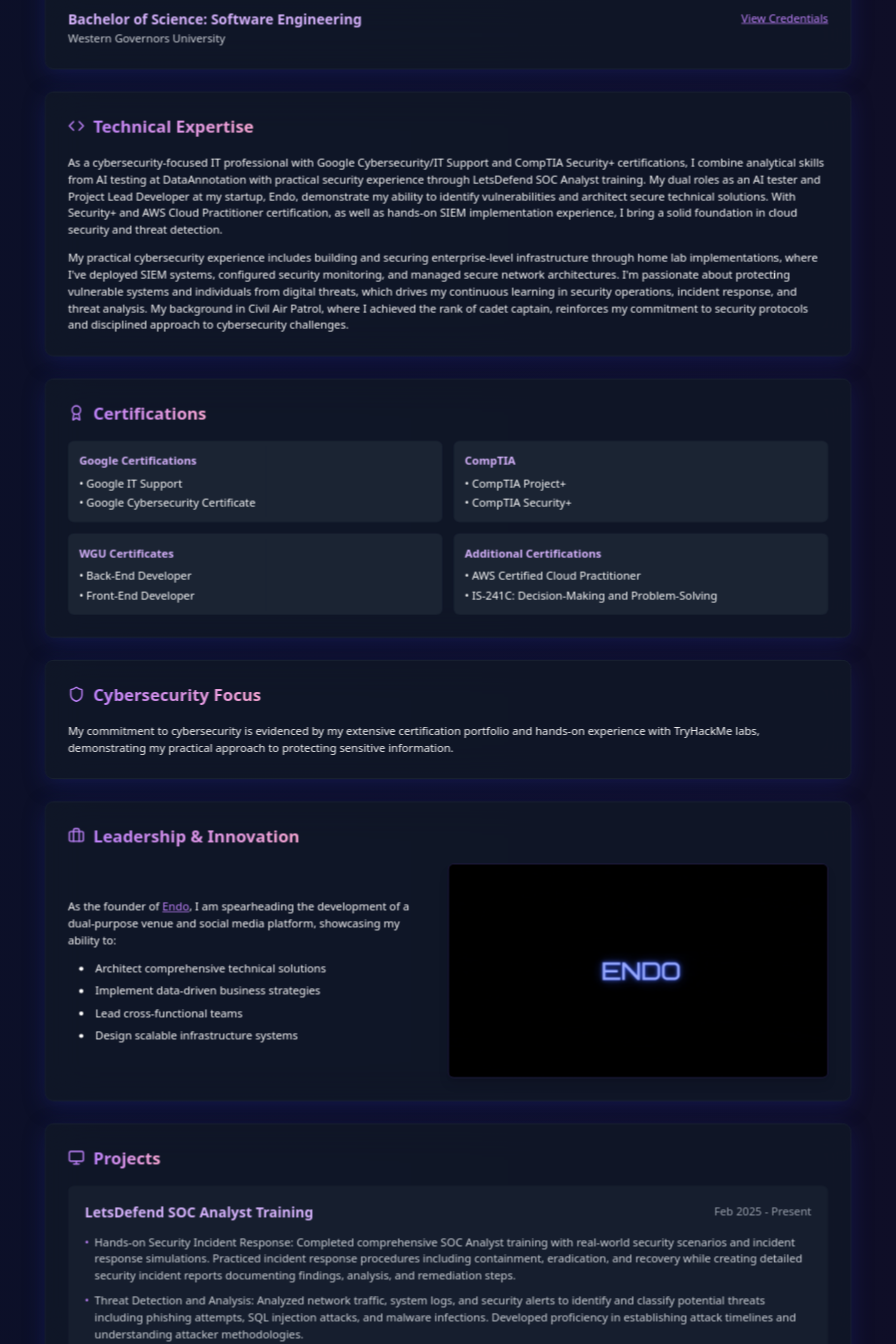
Repository: ajwint-cs/SWE-Cover-Letter
Page: /
An editor plug-in stored every save of this project. The page is shown before and after the next save, followed by the edit.
The browser window is 1280 px wide. The pictures show the part of the page from y = 397 to 2317 px (the page is 3596 px tall before and 3620 px after), at 70% of full size.
The project was rebuilt for these pictures with package versions that can differ from the ones it lists, and the page was loaded fresh each time. Also part of the build but not shown: vite.config.ts.

Above is the page before, as saved 2025-05-06 18:54:17.

After the next save:
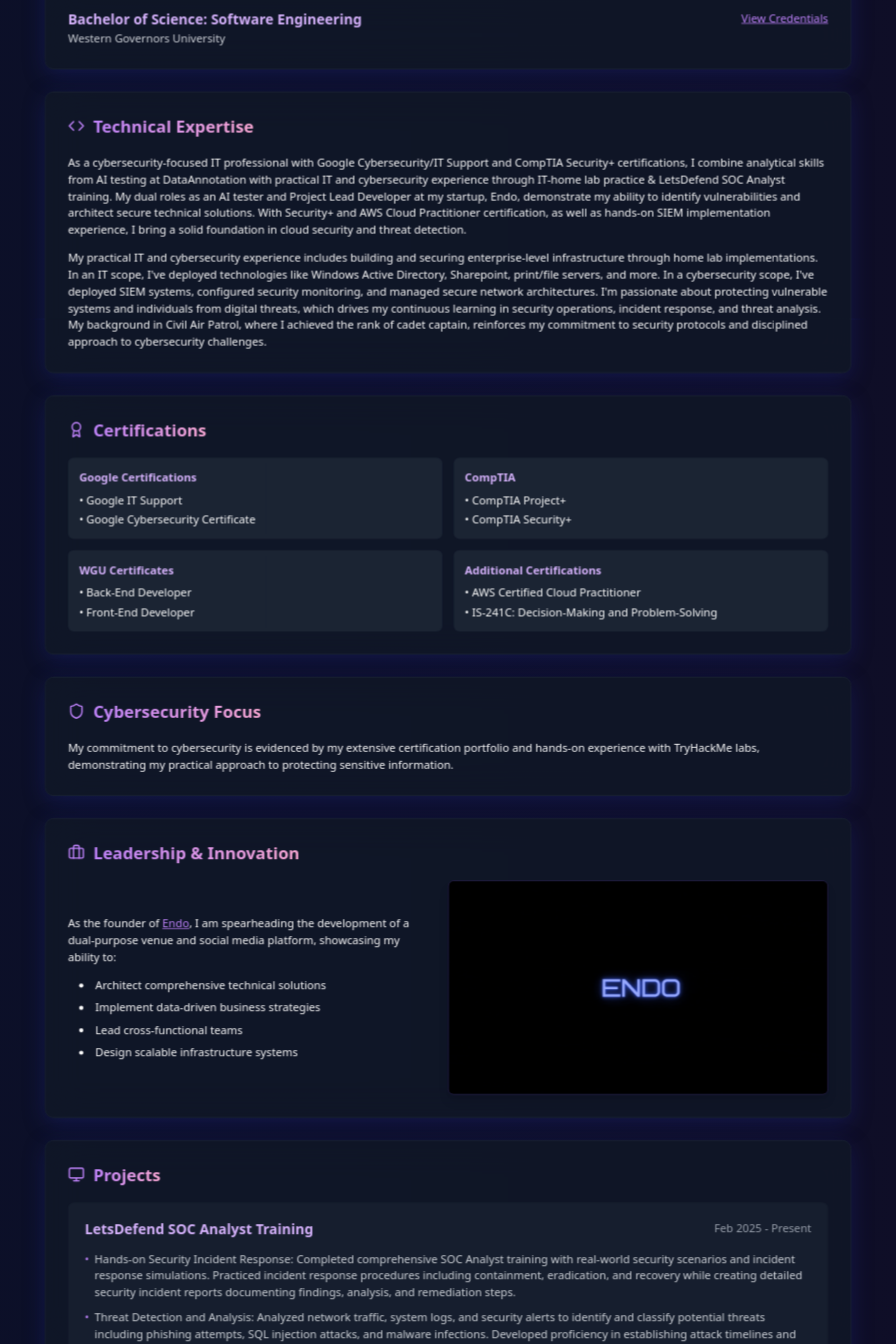
Saved 5 min 18 s later.
--- a/src/App.tsx
+++ b/src/App.tsx
@@ -107,26 +107,28 @@
               As a cybersecurity-focused IT professional with Google
               Cybersecurity/IT Support and CompTIA Security+ certifications, I
               combine analytical skills from AI testing at DataAnnotation with
-              practical security experience through LetsDefend SOC Analyst
-              training. My dual roles as an AI tester and Project Lead Developer
-              at my startup, Endo, demonstrate my ability to identify
-              vulnerabilities and architect secure technical solutions. With
-              Security+ and AWS Cloud Practitioner certification, as well as
-              hands-on SIEM implementation experience, I bring a solid
-              foundation in cloud security and threat detection.{" "}
+              practical IT and cybersecurity experience through IT-home lab
+              practice & LetsDefend SOC Analyst training. My dual roles as an AI
+              tester and Project Lead Developer at my startup, Endo, demonstrate
+              my ability to identify vulnerabilities and architect secure
+              technical solutions. With Security+ and AWS Cloud Practitioner
+              certification, as well as hands-on SIEM implementation experience,
+              I bring a solid foundation in cloud security and threat detection.{" "}
             </p>{" "}
             <p>
               {" "}
-              My practical cybersecurity experience includes building and
+              My practical IT and cybersecurity experience includes building and
               securing enterprise-level infrastructure through home lab
-              implementations, where I've deployed SIEM systems, configured
-              security monitoring, and managed secure network architectures. I'm
-              passionate about protecting vulnerable systems and individuals
-              from digital threats, which drives my continuous learning in
-              security operations, incident response, and threat analysis. My
-              background in Civil Air Patrol, where I achieved the rank of cadet
-              captain, reinforces my commitment to security protocols and
-              disciplined approach to cybersecurity challenges.{" "}
+              implementations. In an IT scope, I've deployed technologies like
+              Windows Active Directory, Sharepoint, print/file servers, and
+              more. In a cybersecurity scope, I've deployed SIEM systems,
+              configured security monitoring, and managed secure network
+              architectures. I'm passionate about protecting vulnerable systems
+              and individuals from digital threats, which drives my continuous
+              learning in security operations, incident response, and threat
+              analysis. My background in Civil Air Patrol, where I achieved the
+              rank of cadet captain, reinforces my commitment to security
+              protocols and disciplined approach to cybersecurity challenges.{" "}
             </p>
           </div>
         </div>
